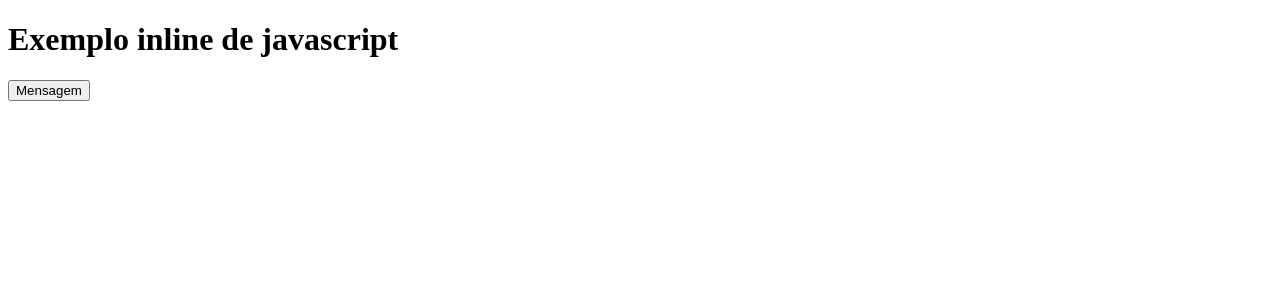
Repository: aquilesascar/TCC
Page: teste/index.html
These files come from the project's save history. The page is drawn as it stood at one moment and after the next save; the edit follows.
The browser window is 1280 px wide. The pictures show the whole page.

Above is the page before, as saved 2023-06-19 14:47:31.

### teste/index.html
<!DOCTYPE html>
<html lang="en">
<head>
    <meta charset="UTF-8">
    <meta http-equiv="X-UA-Compatible" content="IE=edge">
    <meta name="viewport" content="width=device-width, initial-scale=1.0">
    <title>Document</title>
</head>
<body>
    <h1>Exemplo inline de javascript</h1>
    <button onclick="alert('oi')">Mensagem</button>
    <p id="paragrafo"></p>
</body>
</html>

After the next save:
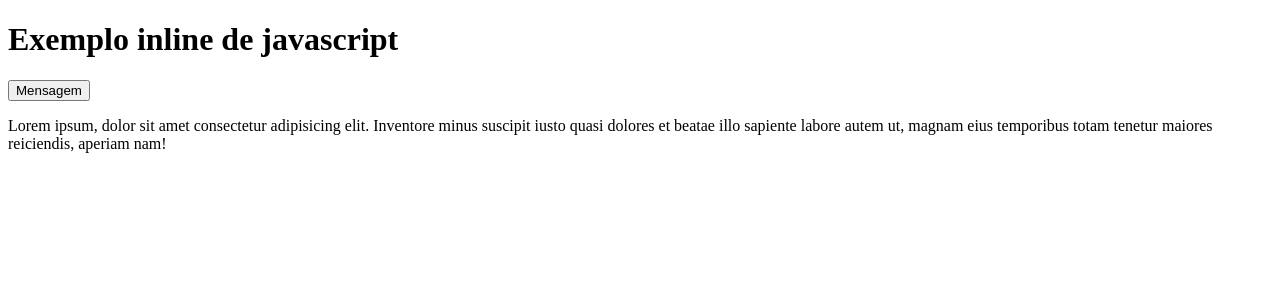
Saved 36 s later.
--- a/teste/index.html
+++ b/teste/index.html
@@ -9,6 +9,6 @@
 <body>
     <h1>Exemplo inline de javascript</h1>
     <button onclick="alert('oi')">Mensagem</button>
-    <p id="paragrafo"></p>
+    <p id="paragrafo">Lorem ipsum, dolor sit amet consectetur adipisicing elit. Inventore minus suscipit iusto quasi dolores et beatae illo sapiente labore autem ut, magnam eius temporibus totam tenetur maiores reiciendis, aperiam nam!</p>
 </body>
 </html>
